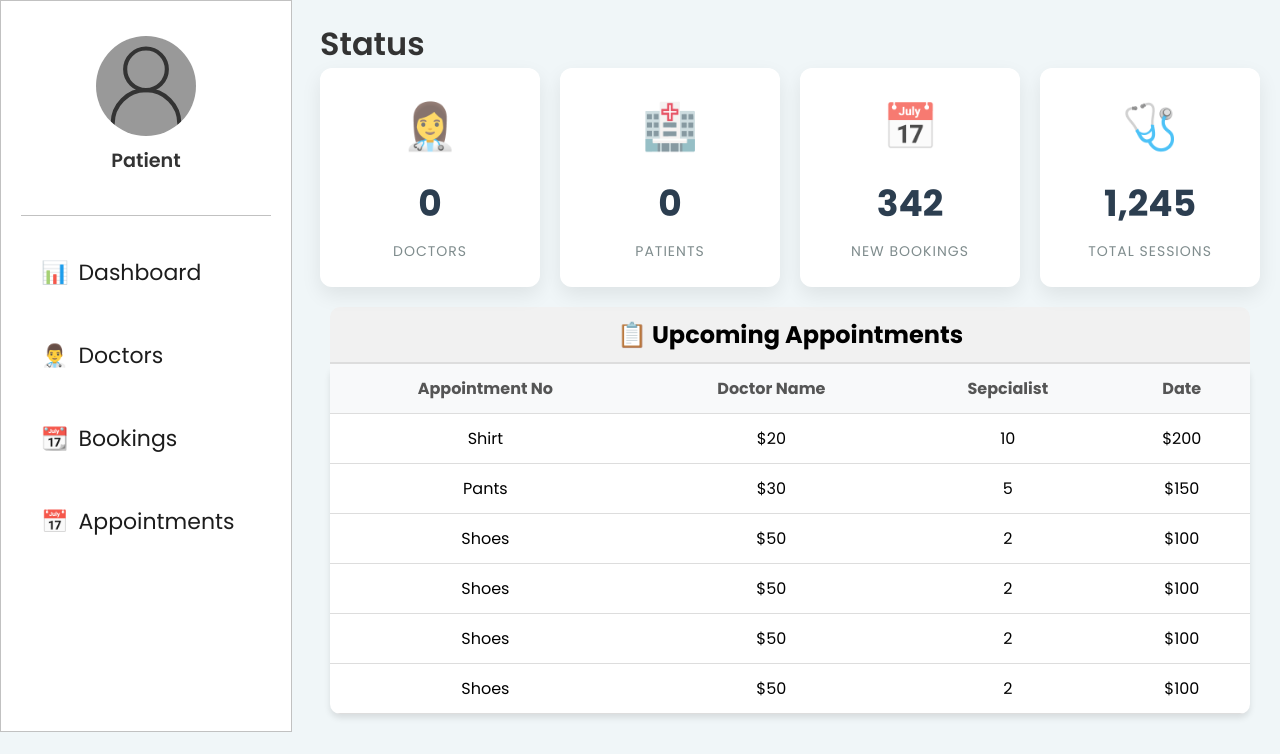
Repository: AriaFantom/Minor-Project
Page: http://localhost/Project/dashboard/patient/panel.jsp
An editor plug-in stored every save of this project. The page is shown before and after the next save, followed by the edit.
The browser window is 1280 px wide. The pictures show the whole page.
Some web fonts or font styles are not loaded; a fallback is used. The page is served by Tomcat 10. Queries for data that is not in the repository find no rows.

Above is the page before, as saved 2024-12-12 06:54:14.

After the next save:
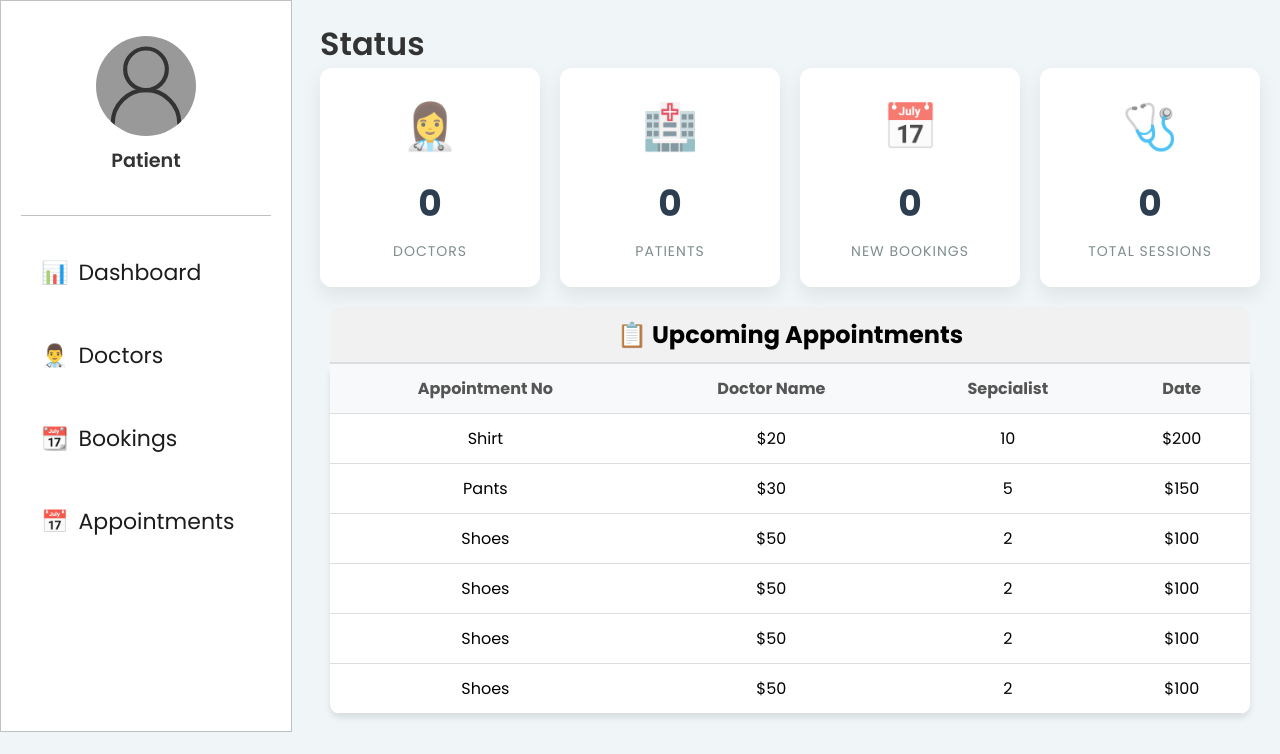
Saved 52 s later.
--- a/Project/src/main/webapp/dashboard/patient/panel.jsp
+++ b/Project/src/main/webapp/dashboard/patient/panel.jsp
@@ -107,13 +107,13 @@
 
         <div class="stats-card bookings">
             <div class="stats-icon">📅</div>
-            <div class="stats-number">342</div>
+            <div class="stats-number"><%= Bookings %></div>
             <div class="stats-label">New Bookings</div>
         </div>
 
         <div class="stats-card sessions">
             <div class="stats-icon">🩺</div>
-            <div class="stats-number">1,245</div>
+            <div class="stats-number"><%= Doctors %></div>
             <div class="stats-label">Total Sessions</div>
         </div>
     </div>
